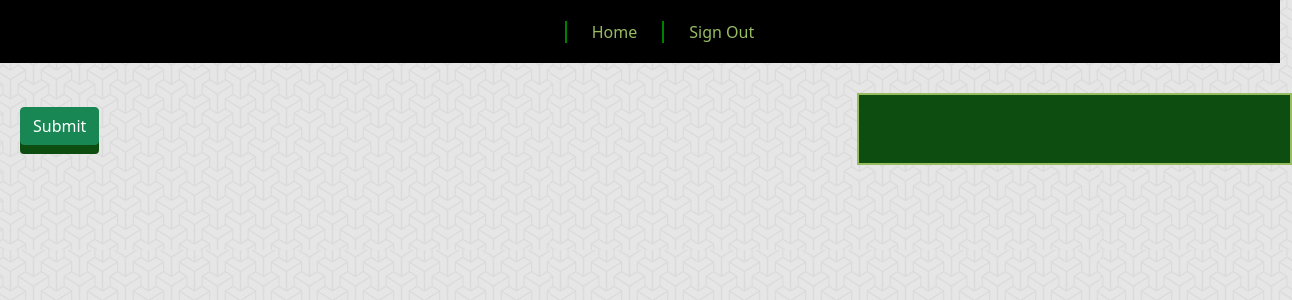
Repository: kavine24/CS490-Python-LMS
Page: html/portal/s/TakeQuiz.html
An editor plug-in stored every save of this project. The page is shown before and after the next save, followed by the edit.
The browser window is 1280 px wide. The page is 1292 px wide, so the pictures cover 1292 px, including what lies to the right of the window. The pictures show the whole page.
The page's requests for data from a server got no answer.

Above is the page before, as saved 2022-04-20 18:46:58.

After the next save:
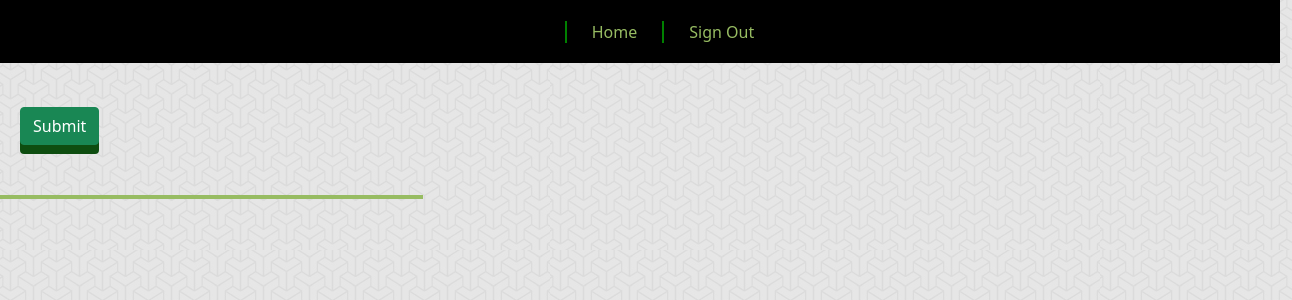
Saved 16 s later.
--- a/html/style.css
+++ b/html/style.css
@@ -132,7 +132,7 @@
 }
 
 .legend {
-  margin: 30px 0px 0px !important;
+  margin: 30px 20px 0px 0px !important;
   border: 2px solid #97BC62FF;
   padding: 0px !important;
   background-color: #0e4d10;

After the save that followed:
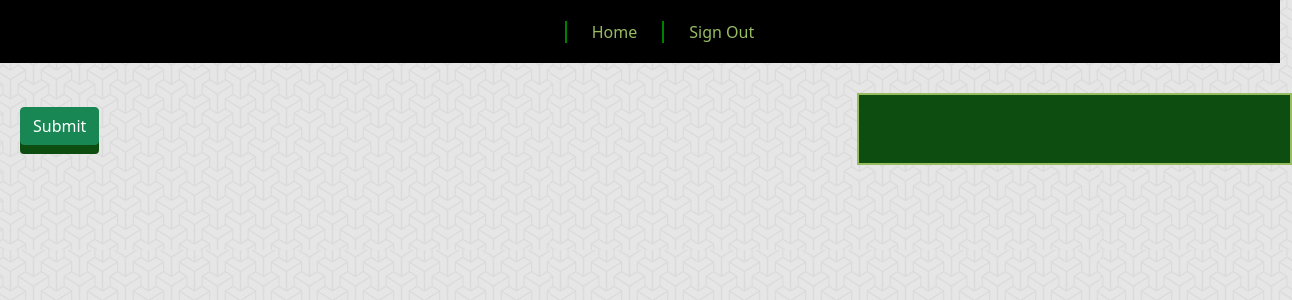
Saved 15 s later.
--- a/html/style.css
+++ b/html/style.css
@@ -132,7 +132,7 @@
 }
 
 .legend {
-  margin: 30px 20px 0px 0px !important;
+  margin: 30px 0px 0px 0px !important;
   border: 2px solid #97BC62FF;
   padding: 0px !important;
   background-color: #0e4d10;
